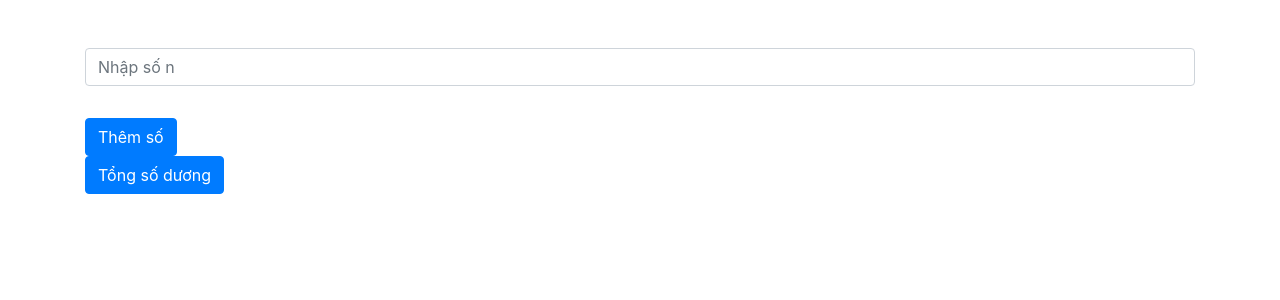
Repository: thanhfrankie/BC10-LeMinhThanh-Js-b7-8
Page: index.html
An editor plug-in stored every save of this project. The page is shown before and after a run of saves, followed by the edit.
The browser window is 1280 px wide. The pictures show the whole page.

Above is the page before, as saved 2023-12-27 21:15:41.

### index.html
<!doctype html>
<html lang="en">
  <head>
    <title>Title</title>
    <!-- Required meta tags -->
    <meta charset="utf-8">
    <meta name="viewport" content="width=device-width, initial-scale=1, shrink-to-fit=no">

    <!-- Bootstrap CSS -->
    <link rel="stylesheet" href="https://cdn.jsdelivr.net/npm/bootstrap@4.6.2/dist/css/bootstrap.min.css" integrity="sha384-xOolHFLEh07PJGoPkLv1IbcEPTNtaed2xpHsD9ESMhqIYd0nLMwNLD69Npy4HI+N" crossorigin="anonymous">

  </head>
  <body>
    <div class="container mt-4">
        <div class="form-group">
            <label for="nhap-so-n"></label>
            <input
              type="number"
              class="form-control"
              name=""
              id="nhap-so-n"
              aria-describedby="helpId"
              placeholder="Nhập số n"
              required
            />
          </div>
        <button
        type="button"
        onclick="themSo()"
        class="btn btn-primary mt-3"
        id="ket-qua-tuyen-sinh"
      >
        Thêm số
      </button>
        <p>
            <button class="btn btn-primary" type="button" data-toggle="collapse" data-target="#contentId" aria-expanded="false"
                    aria-controls="contentId">
                Tổng số dương
            </button>
          </p>
          <div class="collapse" id="contentId">

          </div>
    </div>




    <!-- Optional JavaScript -->
    <!-- jQuery first, then Popper.js, then Bootstrap JS -->
    <script src="https://cdn.jsdelivr.net/npm/jquery@3.5.1/dist/jquery.slim.min.js" integrity="sha384-DfXdz2htPH0lsSSs5nCTpuj/zy4C+OGpamoFVy38MVBnE+IbbVYUew+OrCXaRkfj" crossorigin="anonymous"></script>
    <script src="https://cdn.jsdelivr.net/npm/popper.js@1.16.1/dist/umd/popper.min.js" integrity="sha384-9/reFTGAW83EW2RDu2S0VKaIzap3H66lZH81PoYlFhbGU+6BZp6G7niu735Sk7lN" crossorigin="anonymous"></script>
    <script src="https://cdn.jsdelivr.net/npm/bootstrap@4.6.2/dist/js/bootstrap.min.js" integrity="sha384-+sLIOodYLS7CIrQpBjl+C7nPvqq+FbNUBDunl/OZv93DB7Ln/533i8e/mZXLi/P+" crossorigin="anonymous"></script>

    <script src="./index.js"></script>
  </body>
</html>

### index.js
var daySo = []
function themSo() {
    var soThemVao = document.getElementById("nhap-so-n").value *1
    daySo.push(soThemVao)
    console.log("🥶 - daySo:", daySo)
}

// câu 1: Tổng số dương

After the next 3 saves:
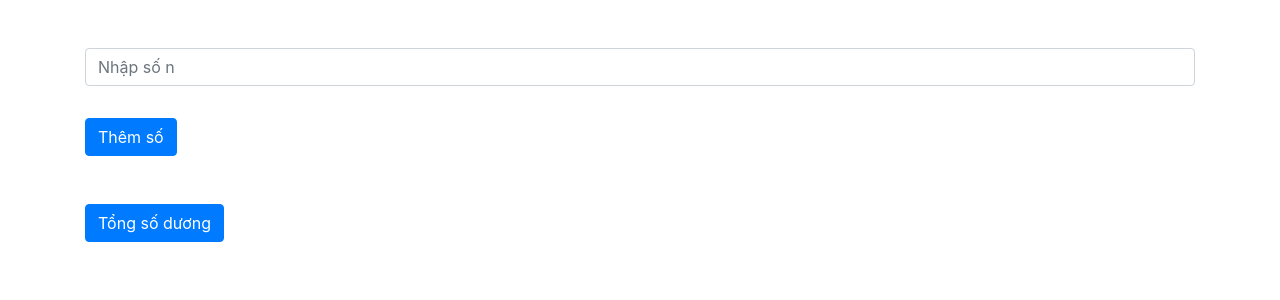
The 3 saves are shown as one change because they came seconds apart.
The last was saved 17 s later.
--- a/index.html
+++ b/index.html
@@ -32,7 +32,7 @@
       >
         Thêm số
       </button>
-        <p>
+        <p class="mt-5">
             <button class="btn btn-primary" type="button" data-toggle="collapse" data-target="#contentId" aria-expanded="false"
                     aria-controls="contentId">
                 Tổng số dương
